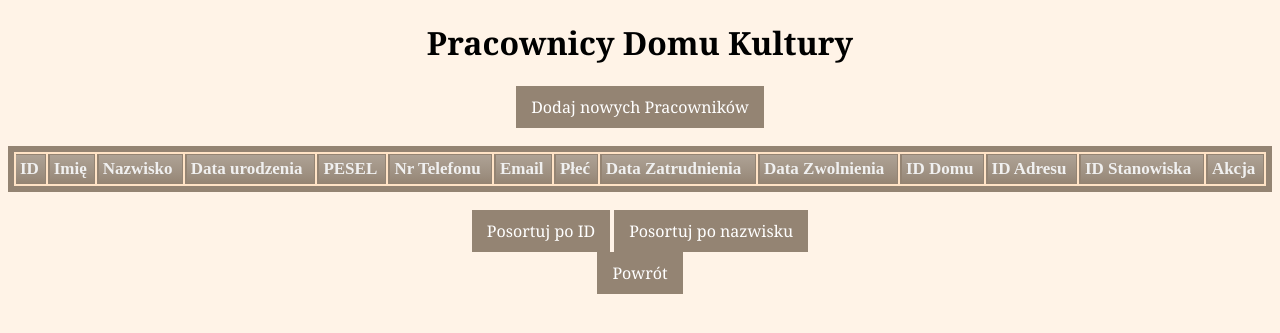
Repository: marcinRuta/houseOfCulture-crud-webapp-database
Page: http://localhost/pracownicy
These files come from the project's save history. The page is drawn as it stood at one moment and after the next save; the edit follows.
The browser window is 1280 px wide. The pictures show the whole page.
The page is this project's Thymeleaf template; nobody is signed in. The template is opened directly, without the code that normally fills it, so the values that code supplies are empty.

Above is the page before, as saved 2021-01-14 10:54:02.

After the next save:
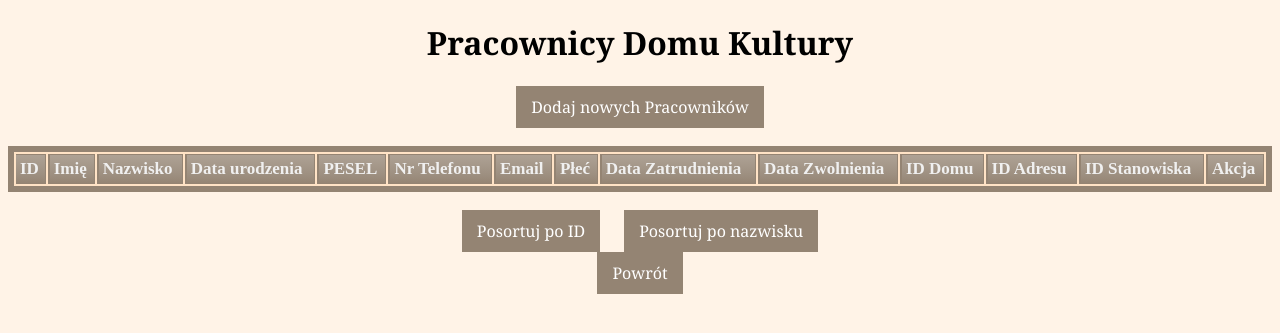
Saved 13 s later.
--- a/DomKultury/src/main/resources/templates/pracownicy.html
+++ b/DomKultury/src/main/resources/templates/pracownicy.html
@@ -65,7 +65,7 @@
 			</tbody>
 		</table>
 		<br/>
-		<a th:href="@{/P}">Posortuj po ID</a>
+		<a th:href="@{/P}">Posortuj po ID</a> &nbsp;&nbsp;&nbsp;&nbsp;
 		<a th:href="@{/RefreshPNazw}">Posortuj po nazwisku</a>
 
 		<br/>
